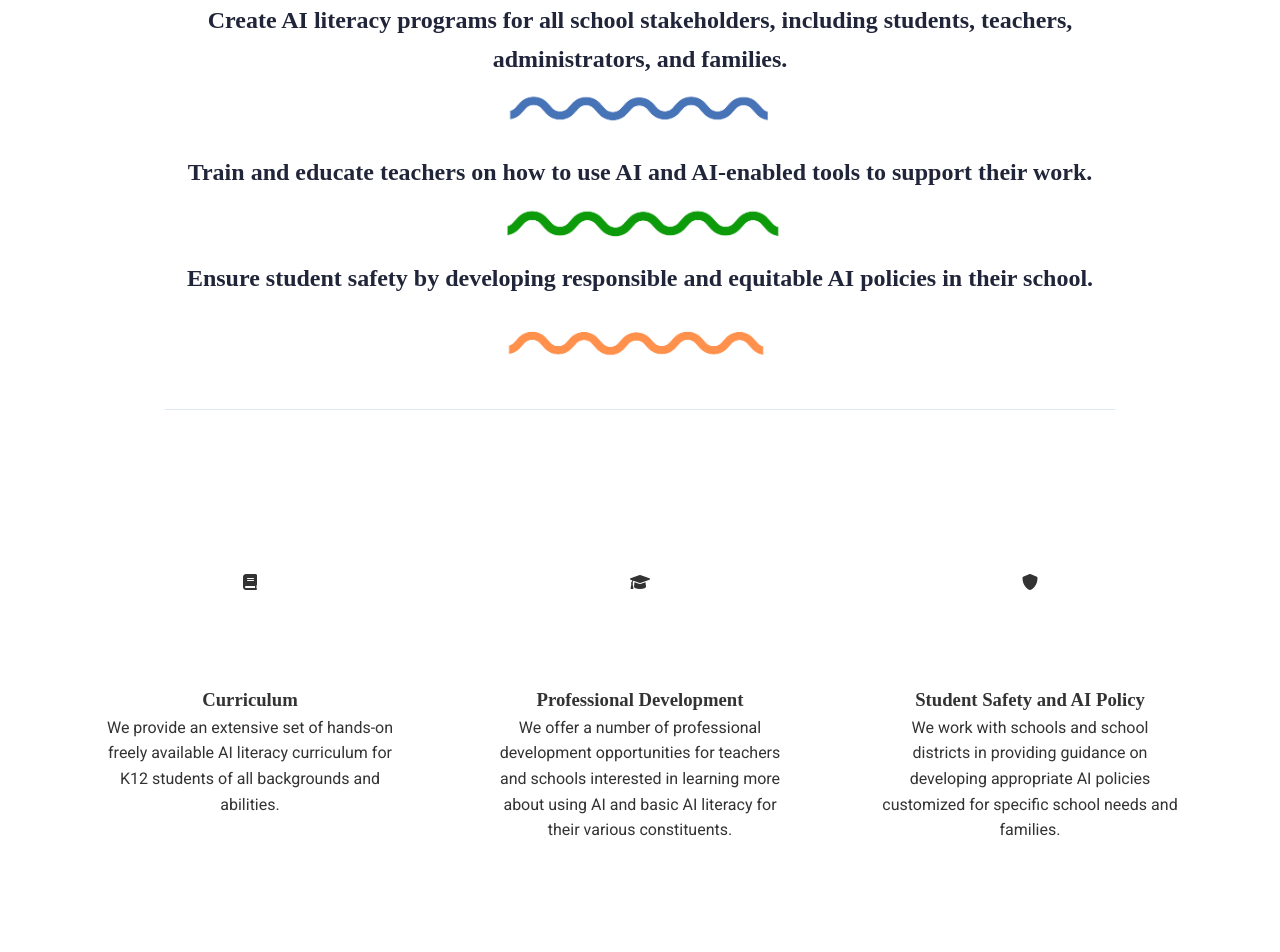
Repository: dinhtri123/dayofai
Page: index.html
The author's editor kept a copy of each file at every save. The page is drawn from the files as they stood at one save, then again after the next save.
The browser window is 1280 px wide. The pictures show the part of the page from y = 1018 to 1970 px (the page is 3730 px tall).
A picture or video elsewhere on the page could not be fetched, so the positions and the page height are approximate. Some web fonts or font styles are not loaded; a fallback is used.

Above is the page before, as saved 2025-06-29 08:51:58.

### index.html
<!DOCTYPE html>
<html lang="en">

<head>
  <meta charset="UTF-8">
  <meta name="viewport" content="width=device-width, initial-scale=1.0">
  <title>Day of AI - AI is for everyone</title>
  <link rel="stylesheet" href="styles.css">
  <link rel="preconnect" href="https://fonts.googleapis.com">
  <link rel="preconnect" href="https://fonts.gstatic.com" crossorigin>
  <link href="https://fonts.googleapis.com/css2?family=Gugi&family=Roboto:ital,wght@0,100..900;1,100..900&display=swap"
    rel="stylesheet">
  <link rel="stylesheet" href="https://cdnjs.cloudflare.com/ajax/libs/font-awesome/6.0.0/css/all.min.css">
</head>

<body>
  <!-- Header -->
  <header class="header">
    <nav class="navbar container">
      <div class="nav-container">
        <div class="nav-logo">
          <img src="./images/logo.svg" alt="Day of AI Logo">
        </div>

        <div class="header-main">
          <div class="header-search">
            <i class="fa-solid fa-magnifying-glass"></i>
            <input type="search" name="search" id="search" placeholder="SEARCH">
          </div>
          <div class="header-menu">
            <ul class="nav-menu">
              <li class="nav-item dropdown">
                <a href="#" class="nav-link">Teachers <i class="fa-solid fa-caret-down"></i></a>
                <ul class="dropdown-menu">
                  <li><a href="#">Curriculum</a></li>
                  <li><a href="#">Seasonal and Monthly Activities</a></li>
                  <li><a href="#">Professional Development</a></li>
                  <li><a href="#">Family Resources</a></li>
                </ul>
              </li>
              <li class="nav-item dropdown">
                <a href="#" class="nav-link">School Administrators <i class="fa-solid fa-caret-down"></i></a>
                <ul class="dropdown-menu">
                  <li><a href="#">Professional Development</a></li>
                  <li><a href="#">Curriculum</a></li>
                  <li><a href="#">Student Safety & AI Policy</a></li>
                  <li><a href="#">Family Resources</a></li>
                </ul>
              </li>
              <li class="nav-item">
                <a href="#" class="nav-link">International</a>
              </li>
              <li class="nav-item">
                <a href="#" class="nav-link">Partners</a>
              </li>
              <li class="nav-item dropdown">
                <a href="#" class="nav-link">About Us <i class="fa-solid fa-caret-down"></i></a>
                <ul class="dropdown-menu">
                  <li><a href="#">Our Team</a></li>
                  <li><a href="#">Our Story</a></li>
                  <li><a href="#">FAQ</a></li>
                  <li><a href="#">News & Impact</a></li>
                </ul>
              </li>
              <li class="nav-item">
                <a href="#" class="nav-link">Contact Us</a>
              </li>
            </ul>
            <div class="nav-buttons">
              <button class="btn btn-primary">Register</button>
            </div>
          </div>
        </div>


        <div class="hamburger">
          <span class="icon-menu">
            <i class="fa-solid fa-bars"></i>
          </span>
          <span class="icon-close">
            <i class="fa-solid fa-xmark"></i>
          </span>
        </div>
      </div>
    </nav>
  </header>

  <main>
    <!-- Hero Section -->
    <section class="hero">
      <div class="hero-video">
        <video src="./images/hero-video-short2.mp4" autoplay muted loop></video>
      </div>
      <div class="container">
        <div class="hero-content">
          <h1 class="hero-title">AI is for everyone.</h1>
          <p class="hero-subtitle">Empower your school and your students to thrive in a world of AI!</p>
          <div class="hero-bottom">
            <h3>Day of AI + Common Sense Media Have Teamed Up for Families!</h3>
            <button class="btn btn-primary">Learn More</button>
          </div>
        </div>
      </div>
    </section>
    <section class="section-desc">
      <div class="container">
        <div class="content-grid">
          <div class="content-item">
            <h2>Day of AI isn't just one day</h2>
            <p>—it's your day to explore AI whenever it fits your schedule! Whether a single lesson or a full event, Day
              of AI can be run at your school over a day, week, month, or year. Feel free to contact us to help you
              decide
              how to bring AI literacy to your students!</p>
          </div>

          <div class="content-item">
            <h2>We work with schools and school districts to:</h2>
            <div class="services-grid">
              <div class="service-card">
                <h3>Create AI literacy programs for all school stakeholders, including students, teachers,
                  administrators,
                  and families.</h3>
                  <img src="./images/line1.webp" alt="">
              </div>
              <div class="service-card">
                <h3>Train and educate teachers on how to use AI and AI-enabled tools to support their work.</h3>
                <img src="./images/line2.webp" alt="">
              </div>
              <div class="service-card">
                <h3>Ensure student safety by developing responsible and equitable AI policies in their school.</h3>
                <img src="./images/line3.webp" alt="">
              </div>
            </div>
          </div>
        </div>
      </div>
    </section>

    <!-- Features Section -->
    <section class="features">
      <div class="container">
        <div class="features-grid">
          <div class="feature-card">
            <div class="feature-icon">
              <i class="fas fa-book"></i>
            </div>
            <h3>Curriculum</h3>
            <p>We provide an extensive set of hands-on freely available AI literacy curriculum for K12 students of all
              backgrounds and abilities.</p>
          </div>

          <div class="feature-card">
            <div class="feature-icon">
              <i class="fas fa-graduation-cap"></i>
            </div>
            <h3>Professional Development</h3>
            <p>We offer a number of professional development opportunities for teachers and schools interested in
              learning
              more about using AI and basic AI literacy for their various constituents.</p>
          </div>

          <div class="feature-card">
            <div class="feature-icon">
              <i class="fas fa-shield-alt"></i>
            </div>
            <h3>Student Safety and AI Policy</h3>
            <p>We work with schools and school districts in providing guidance on developing appropriate AI policies
              customized for specific school needs and families.</p>
          </div>
        </div>
      </div>
    </section>

    <!-- About Section -->
    <section class="about">
      <div class="container">
        <div class="about-content">
          <h2>Our Story</h2>
          <p>Day of AI brings free and open-source AI tools, curriculum, assessments, and teacher professional
            development
            materials developed by MIT RAISE to students and educators everywhere.</p>

          <div class="mit-section">
            <h3>Powered by MIT RAISE</h3>
            <p>Day of AI was born at MIT in June 2021. Led by a team of faculty and research scientists at MIT
              RAISE…..(more)</p>
          </div>

          <div class="partners-section">
            <h3>Our Collaborators and Partners</h3>
            <div class="partners-grid">
              <div class="partner-logo">Partner 1</div>
              <div class="partner-logo">Partner 2</div>
              <div class="partner-logo">Partner 3</div>
              <div class="partner-logo">Partner 4</div>
            </div>
          </div>
        </div>
      </div>
    </section>

    <!-- CTA Section -->
    <section class="cta">
      <div class="container">
        <div class="cta-content">
          <h2>Bring Day of AI to Your School or School District</h2>
          <div class="cta-buttons">
            <button class="btn btn-primary">Register</button>
            <button class="btn btn-secondary">Learn More</button>
          </div>
        </div>
      </div>
    </section>
  </main>

  <!-- Footer -->
  <footer class="footer">
    <div class="container">
      <div class="footer-content">
        <div class="footer-section">
          <p>&copy; 2025, Day of AI. All Rights Reserved.</p>
          <div class="footer-links">
            <a href="#">Privacy Policy</a>
            <a href="#">Accessibility</a>
            <a href="#">Terms of Use</a>
            <a href="#">Boston Web Design</a>
          </div>
        </div>

        <div class="footer-legal">
          <p>Unless stated otherwise, the DAY OF AI curriculum is licensed under a Creative Commons
            Attribution-NonCommercial-ShareAlike 4.0 International License (the "DAY OF AI Creative Commons license").
            The DAY OF AI Creative Commons license does not include a license to use the trademarks and service marks,
            DAY OF AI, DAY OF AI (and Design), the DAY OF AI logo, MASSACHUSETTS INSTITUTE OF TECHNOLOGY, MIT, the MIT
            logo, MIT RAISE, RAISE, or any other trademarks, service marks, or other intellectual property, owned by, or
            associated with, Massachusetts Institute of Technology, and such use is expressly excluded. DAY OF AI, DAY
            OF AI (and Design), and the DAY OF AI logo are trademarks and service marks of MASSACHUSETTS INSTITUTE OF
            TECHNOLOGY. All rights are reserved.</p>
        </div>

        <div class="footer-translate">
          <button class="translate-btn">Translate »</button>
        </div>
      </div>
    </div>
  </footer>

  <script src="script.js"></script>
</body>

</html>

### styles.css
:root {
  --font-family: "Roboto", sans-serif;
  --font-secondary: "Gugi", cursive;
  --color-primary: #4873b7;
  --color-secondary: #37b558;
  --color-third: #f26739;
}
* {
  margin: 0;
  padding: 0;
  box-sizing: border-box;
}

body {
  font-family: var(--font-family);
  line-height: 1.6;
  color: #333;
  overflow-x: hidden;
}

.container {
  max-width: 1170px;
  margin: 0 auto;
  padding: 0 15px;
}
h1,h2,h3,h4,h5,h6{
  font-family: var(--font-secondary);
}

/* Header Styles */
.header {
  background: #fff;
  box-shadow: 0 2px 10px rgba(0, 0, 0, 0.1);
  width: 100%;
}
.header-main {
  display: flex;
  flex-direction: column;
  flex: 1;
}
.header-search {
  display: flex;
  align-items: center;
  justify-content: end;
  border-bottom: 1px solid var(--color-primary);
  height: 35px;
}
.header-search input {
  border: none;
  outline: none;
  width: 100px;
  max-width: 300px;
  height: 100%;
  padding: 0 10px;
  transition: width 1s linear;
}
.header-search i {
  color: var(--color-secondary);
}

.navbar {
  padding: 10px 15px;
}

.nav-container {
  display: flex;
  justify-content: space-between;
  align-items: center;
}
.nav-logo {
  max-width: 160px;
  width: 100%;
  height: auto;
}

.nav-logo img {
  max-width: 90px;
  width: 100%;
  height: auto;
}

.header-menu {
  display: flex;
  align-items: center;
  justify-content: end;
  flex-wrap: wrap;
}
.nav-menu {
  display: flex;
  list-style: none;
  align-items: center;
}

.nav-item {
  position: relative;
}

.nav-link {
  text-decoration: none;
  color: #333;
  font-weight: 500;
  padding: 20px 16px;
  transition: color 0.3s ease;
  display: flex;
  align-items: center;
  gap: 5px;
}

.nav-link:hover {
  color: #2563eb;
}
.nav-link i {
  color: var(--color-primary);
}

.dropdown-menu {
  position: absolute;
  top: 100%;
  left: 0;
  background: #fff;
  box-shadow: 0 4px 20px rgba(0, 0, 0, 0.15);
  border-radius: 8px;
  min-width: 250px;
  width: max-content;
  opacity: 0;
  visibility: hidden;
  transform: translateY(-10px);
  transition: all 0.3s ease;
  list-style: none;
  overflow: hidden;
}

.dropdown:hover .dropdown-menu {
  opacity: 1;
  visibility: visible;
  transform: translateY(0);
}

.dropdown-menu li a {
  display: block;
  padding: 0.75rem 1.5rem;
  color: #333;
  text-decoration: none;
  transition: background-color 0.2s ease;
}

.dropdown-menu li a:hover {
  background-color: var(--color-primary);
  color: #fff;
}

.btn {
  display: flex;
  align-items: center;
  margin-left: 24px;
  font-family: var(--font-secondary);
  background-color: var(--color-secondary);
  color: #fff;
  padding: 0px 32px;
  border-radius: 30px;
  min-height: 45px;
  text-transform: uppercase;
  border: none;
  line-height: 1;
  font-size: 16px;
  transition: all 0.3s ease;
}
.btn-primary {
  background-color: var(--color-secondary);
}
.btn-primary:hover {
  background-color: var(--color-third);
}
.btn-secondary {
  background-color: var(--color-third);
  color: white;
}
.btn-secondary:hover {
  background-color: var(--color-secondary);
}
.bth-third {
  background: transparent;
  color: white;
  border: 1px solid white;
}
.bth-third:hover {
  background-color: var(--color-secondary);
}
.hamburger {
  display: none;
  flex-direction: column;
  cursor: pointer;
}
.hamburger i {
  font-size: 20px;
  color: black;
}

/* Hero Section */
.hero {
  color: #fff;
  position: relative;

  text-align: center;
}
.hero-content {
  position: relative;
  z-index: 1;
  min-height: 500px;
  display: flex;
  flex-direction: column;
  align-items: center;
  justify-content: center;
}
.hero-video {
  position: absolute;
  top: 0;
  left: 0;
  width: 100%;
  height: 100%;
  z-index: -1;
  overflow: hidden;
}
.hero-video::before {
  content: "";
  position: absolute;
  top: 0;
  left: 0;
  width: 100%;
  height: 100%;
  background: rgba(0, 0, 0, 0.5);
}
.hero-video video {
  width: 100%;
}

.hero-title {
  font-size: 64px;
  font-family: var(--font-secondary);
  font-weight: 700;
  margin-bottom: 8px;
  line-height: 1.2;
}

.hero-subtitle {
  font-size: 30px;
  max-width: 500px;
  margin: 0 auto;
}

.hero-bottom {
  display: flex;
  align-items: center;
  justify-content: space-between;
  gap: 16px;
  position: absolute;
  bottom: -30px;
  left: 50%;
  transform: translateX(-50%);
  background: var(--color-third);
  min-height: 60px;
  border-radius: 30px;
  width: 100%;
}
.hero-bottom h3 {
  font-size: 24px;
  color: white;
  padding: 0px 20px;
  font-weight: 300;
}
.hero-bottom button {
  background: var(--color-primary);
  padding: 0px 48px;
  text-transform: uppercase;
  font-family: var(--font-secondary);
  min-height: inherit;
}

.section-desc {
  padding: 100px 0 80px;
}

.content-grid {
  max-width: 950px;
  margin: 0 auto;
  text-align: center;
}
.content-item {
  border-bottom: 1px solid #e2e8f0;
  padding: 15px 0px;
}

.content-item h2 {
  font-size: 38px;
  color: var(--color-primary);
  margin-bottom: 8px;
  font-weight: 500;
}

.content-item p {
  font-size: 24px;
  font-family: var(--font-secondary);
  color: #212539;
}
.services-card {
  text-align: center
}
.service-card h3 {
  color: #212539;
  font-size: 24px;
  font-weight: 600;
}
.service-card img {
  max-width: 300px;
  margin: 0 auto;
}

/* Features Section */
.features {
  padding: 80px 0;
  background: #fff;
}

.features-grid {
  display: grid;
  grid-template-columns: repeat(3, 1fr);
  gap: 30px;
}
.feature-card {
  text-align: center;
  padding: 115px 32px 32px;
  position: relative;
}
.feature-card .feature-icon {
  position: absolute;
  top: 0;
  left: 50%;
  transform: translateX(-50%);
  width: 115px;
  height: 115px;
}

/* About Section */
.about {
  padding: 80px 0;
  background: #f8fafc;
}

.about-content {
  max-width: 800px;
  margin: 0 auto;
  text-align: center;
}

.about-content h2 {
  font-size: 2.5rem;
  font-weight: 600;
  margin-bottom: 1.5rem;
  color: #1e293b;
}

.about-content p {
  font-size: 1.1rem;
  color: #64748b;
  line-height: 1.8;
  margin-bottom: 3rem;
}

.mit-section {
  background: #fff;
  padding: 2rem;
  border-radius: 12px;
  margin: 2rem 0;
  box-shadow: 0 4px 20px rgba(0, 0, 0, 0.08);
}

.mit-section h3 {
  font-size: 1.5rem;
  font-weight: 600;
  margin-bottom: 1rem;
  color: #1e293b;
}

.partners-section {
  margin-top: 3rem;
}

.partners-section h3 {
  font-size: 1.5rem;
  font-weight: 600;
  margin-bottom: 2rem;
  color: #1e293b;
}

.partners-grid {
  display: grid;
  grid-template-columns: repeat(auto-fit, minmax(200px, 1fr));
  gap: 2rem;
}

.partner-logo {
  background: #fff;
  padding: 2rem;
  border-radius: 8px;
  text-align: center;
  box-shadow: 0 2px 10px rgba(0, 0, 0, 0.1);
  font-weight: 600;
  color: #64748b;
}

/* CTA Section */
.cta {
  padding: 80px 0;
  background: linear-gradient(135deg, #667eea 0%, #764ba2 100%);
  color: #fff;
  text-align: center;
}

.cta-content h2 {
  font-size: 2.5rem;
  font-weight: 600;
  margin-bottom: 2rem;
}

.cta-buttons {
  display: flex;
  gap: 1rem;
  justify-content: center;
  flex-wrap: wrap;
}

/* Footer */
.footer {
  background: #1e293b;
  color: #fff;
  padding: 60px 0 30px;
}

.footer-content {
  display: grid;
  gap: 2rem;
}

.footer-section {
  display: flex;
  justify-content: space-between;
  align-items: center;
  flex-wrap: wrap;
  gap: 1rem;
}

.footer-links {
  display: flex;
  gap: 2rem;
  flex-wrap: wrap;
}

.footer-links a {
  color: #cbd5e1;
  text-decoration: none;
  transition: color 0.3s ease;
}

.footer-links a:hover {
  color: #fff;
}

.footer-legal {
  border-top: 1px solid #334155;
  padding-top: 2rem;
}

.footer-legal p {
  font-size: 0.9rem;
  color: #94a3b8;
  line-height: 1.6;
}

.footer-translate {
  text-align: center;
  padding-top: 2rem;
}

.translate-btn {
  background: transparent;
  color: #cbd5e1;
  border: 1px solid #475569;
  padding: 0.5rem 1rem;
  border-radius: 6px;
  cursor: pointer;
  transition: all 0.3s ease;
}

.translate-btn:hover {
  background: #475569;
  color: #fff;
}

/* Responsive Design */
@media (max-width: 768px) {
  .header-main {
    position: absolute;
    top: 100%;
    left: 0px;
    flex-direction: column;
    background-color: #fff;
    width: 100%;
    text-align: center;
    transition: 0.3s;
    box-shadow: 0 10px 27px rgba(0, 0, 0, 0.05);
    z-index: 1000;
    display: none;
  }
  .header-main.active {
    display: flex;
  }
  .nav-menu.active {
    left: 0;
  }
  .header-search {
    padding: 0px 15px;
  }
  .navbar {
    padding: 10px 15px !important;
  }
  .nav-menu li {
    width: 100%;
  }
  .nav-logo img {
    max-width: 50px;
  }
  .nav-link {
    justify-content: space-between;
  }
  .header-search input {
    width: 100%;
    max-width: 100%;
  }
  .dropdown-menu {
    position: static;
    opacity: 1;
    visibility: visible;
    transform: none;
    box-shadow: none;
    width: 100%;
    display: none;
  }
  .dropdown-menu.active {
    display: block;
  }
  .dropdown-menu li a {
    text-align: left;
    padding: 10px 16px;
    border-bottom: 1px solid #e2e8f0;
  }
  .nav-menu > li {
    border-bottom: 1px solid #e2e8f0;
  }
  .hamburger {
    display: flex;
    width: 40px;
    height: 40px;
    align-items: center;
    justify-content: center;
  }
  .nav-menu {
    flex-direction: column;
    width: 100%;
  }
  .header-menu {
    justify-content: start;
  }
  .icon-close {
    display: none;
  }
  .hamburger.active .icon-menu {
    display: none;
  }

  .hamburger.active .icon-close {
    display: block;
  }

  .nav-buttons {
    display: none;
  }

  .hero-title {
    font-size: 2.5rem;
  }

  .hero-subtitle {
    font-size: 1.1rem;
  }

  .content-item h2,
  .about-content h2,
  .cta-content h2 {
    font-size: 2rem;
  }

  .services-grid,
  .features-grid {
    grid-template-columns: 1fr;
  }

  .footer-section {
    flex-direction: column;
    text-align: center;
  }

  .footer-links {
    justify-content: center;
  }

  .cta-buttons {
    flex-direction: column;
    align-items: center;
  }

  .cta-buttons .btn {
    width: 100%;
    max-width: 300px;
  }
}

@media (max-width: 480px) {
  .container {
    padding: 0 15px;
  }

  .hero {
    padding: 100px 0 60px;
  }

  .hero-title {
    font-size: 2rem;
  }

  .main-content,
  .features,
  .about,
  .cta {
    padding: 60px 0;
  }

  .service-card,
  .feature-card {
    padding: 1.5rem;
  }
}

/* Animations */
@keyframes fadeInUp {
  from {
    opacity: 0;
    transform: translateY(30px);
  }
  to {
    opacity: 1;
    transform: translateY(0);
  }
}

### script.js
// Header Search
const media = window.matchMedia("(min-width: 768px)");
if (media.matches) {
  const searchInput = document.querySelector(".header-search input");

  searchInput.addEventListener("click", () => {
    searchInput.style.width = "100%";
  });
  document.addEventListener("click", (e) => {
    if (!searchInput.contains(e.target)) {
      searchInput.style.width = "100px";
    }
  });
}
if (!media.matches) {
  const dropdownMenu = Array.from(document.querySelectorAll(".nav-item.dropdown"));
  dropdownMenu.map(item => {
    item.addEventListener("click", () => {
      item.querySelector(".dropdown-menu").classList.toggle("active");
    })
  })
}

// Mobile Navigation Toggle
const hamburger = document.querySelector(".hamburger");
const headerMain = document.querySelector(".header-main");

hamburger.addEventListener("click", () => {
  if(hamburger.classList.contains("active")){
    hamburger.classList.remove("active");
    headerMain.classList.remove("active");
  } else {
    hamburger.classList.add("active");
    headerMain.classList.add("active");
  }
});

After the next save:
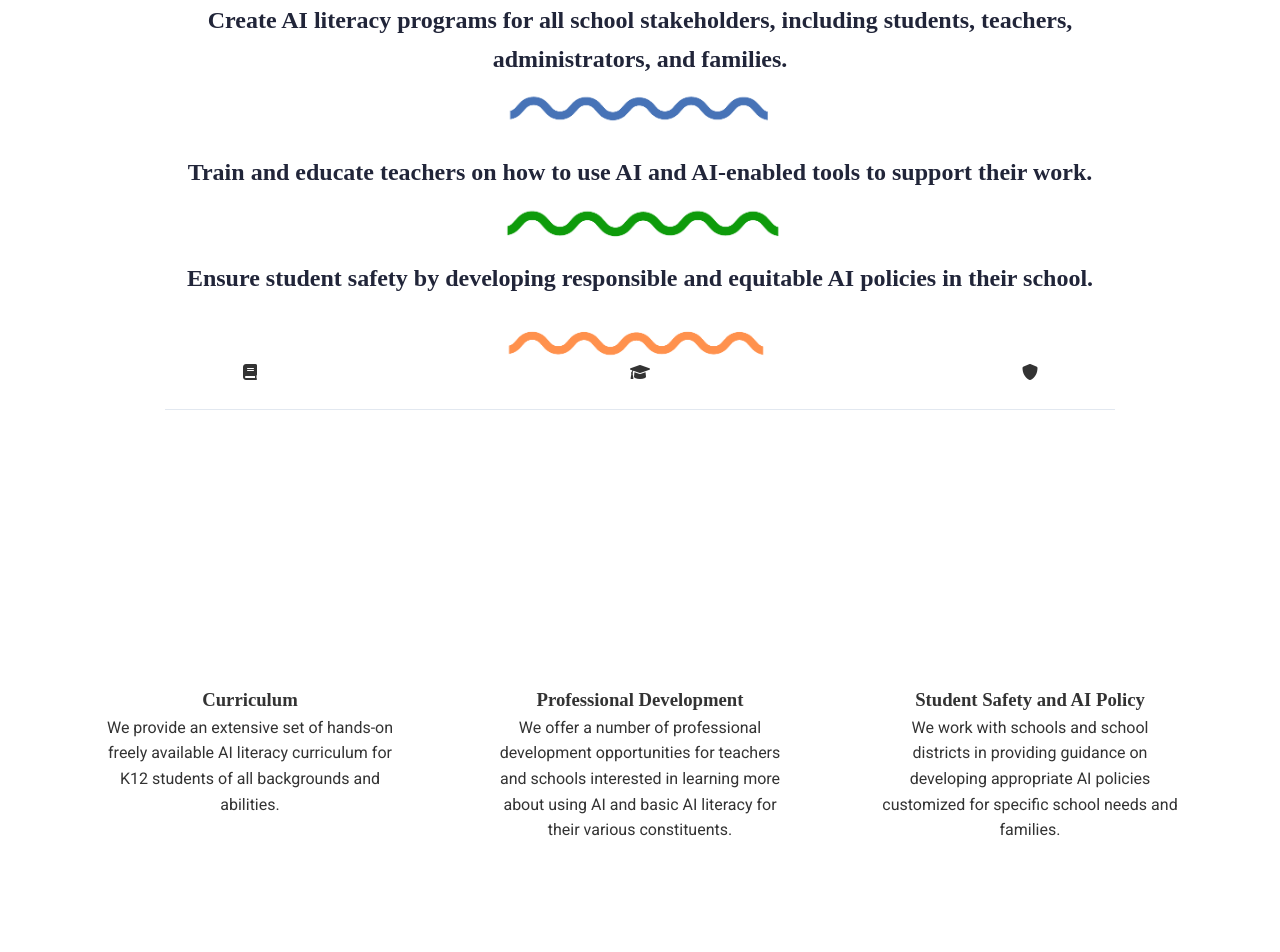
Saved 10 s later.
--- a/styles.css
+++ b/styles.css
@@ -333,9 +333,9 @@
 }
 .feature-card .feature-icon {
   position: absolute;
-  top: 0;
+  top: -50%;
   left: 50%;
-  transform: translateX(-50%);
+  transform: translate(-50%, -50%);
   width: 115px;
   height: 115px;
 }
